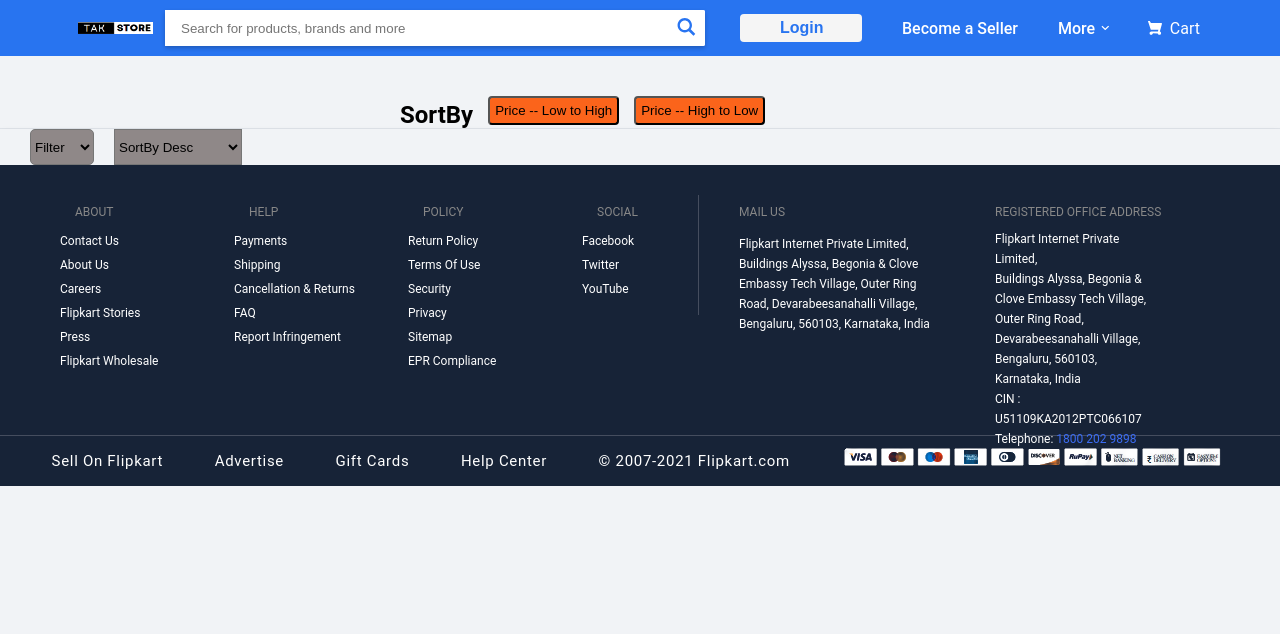
Repository: MSaifKhan01/TAK-Store
Page: PROJECT_Front/fashion.html
An editor plug-in stored every save of this project. The page is shown before and after the next save, followed by the edit.
The browser window is 1280 px wide. The pictures show the whole page.
The page's requests for data from a server got no answer.

Above is the page before, as saved 2023-07-22 01:10:51.

### PROJECT_Front/fashion.html
<!DOCTYPE html>
<html lang="en">

<head>
    <meta charset="UTF-8">
    <meta http-equiv="X-UA-Compatible" content="IE=edge">
    <meta name="viewport" content="width=device-width, initial-scale=1.0">
    <title>Document</title>
    <link rel="stylesheet" type="text/css" href="./CSS/fashion.css">
    <style>

    </style>
</head>

<body>
    <header>
        <div class="nav-container">
            <div class="logo">
                <img src="./flipkart images/Tak_logo.png"
                    alt="logo">
            </div>
            <div class="search">
                <div class="search-container">
                    <input id="searcBox" type="text" class="search-box" placeholder="Search for products, brands and more">
                    <button id="searchBtn" class="search-btn">
                        <svg width="20" height="20" viewBox="0 0 17 18" class="" xmlns="http://www.w3.org/2000/svg">
                            <g fill="#2874F1" fill-rule="evenodd">
                                <path class="_34RNph"
                                    d="m11.618 9.897l4.225 4.212c.092.092.101.232.02.313l-1.465 1.46c-.081.081-.221.072-.314-.02l-4.216-4.203">
                                </path>
                                <path class="_34RNph"
                                    d="m6.486 10.901c-2.42 0-4.381-1.956-4.381-4.368 0-2.413 1.961-4.369 4.381-4.369 2.42 0 4.381 1.956 4.381 4.369 0 2.413-1.961 4.368-4.381 4.368m0-10.835c-3.582 0-6.486 2.895-6.486 6.467 0 3.572 2.904 6.467 6.486 6.467 3.582 0 6.486-2.895 6.486-6.467 0-3.572-2.904-6.467-6.486-6.467">
                                </path>
                            </g>
                        </svg>
                    </button>
                </div>
            </div>
            <div class="login">
                <div class="dropdown">
                    <!-- onclick="myFunction()" -->
                    <button  class="dropbtn">Login</button>
                    <div id="myDropdown" class="dropdown-content">
                        <a href="login.html">Login</a>
                        <a href="signup.html">Register</a>
                        <a href="product.html">Admin</a>
                    </div>
                </div>
                <!-- <button>
                    <a style="text-decoration: none;" href="login.html">Login</a>

                </button> -->
            </div>
            <div class="become-seller">
                Become a Seller
            </div>
            <div class="more">
                More
                <svg width="4.7" height="8" viewBox="0 0 16 27" xmlns="http://www.w3.org/2000/svg" class="zZ3yfL">
                    <path d="M16 23.207L6.11 13.161 16 3.093 12.955 0 0 13.161l12.955 13.161z" fill="#fff"
                        class="_2gTTdy"></path>
                </svg>
            </div>
            <div class="cart">
                <svg class="V3C5bO" width="14" height="14" viewBox="0 0 16 16" xmlns="http://www.w3.org/2000/svg">
                    <path class="_1bS9ic"
                        d="M15.32 2.405H4.887C3 2.405 2.46.805 2.46.805L2.257.21C2.208.085 2.083 0 1.946 0H.336C.1 0-.064.24.024.46l.644 1.945L3.11 9.767c.047.137.175.23.32.23h8.418l-.493 1.958H3.768l.002.003c-.017 0-.033-.003-.05-.003-1.06 0-1.92.86-1.92 1.92s.86 1.92 1.92 1.92c.99 0 1.805-.75 1.91-1.712l5.55.076c.12.922.91 1.636 1.867 1.636 1.04 0 1.885-.844 1.885-1.885 0-.866-.584-1.593-1.38-1.814l2.423-8.832c.12-.433-.206-.86-.655-.86"
                        fill="#fff"></path>
                </svg>
                <a href="./addTocart.html" style="text-decoration: none;color: white;"><p>Cart <span id="span"></span></p></a>
            </div>
        </div>
    </header>



    <div class="sort">
        <h2>SortBy</h2>
        <button id="sort1">Price -- Low to High</button>
        <button id="sort2">Price -- High to Low</button>
    </div>
    <div class="main">
        <div class="leftdiv">
            <!-- filter part -->
            <div style="display: flex; margin-left: 30px; gap: 20px;">


                <div>
                    <select name="filter" id="filter">
                        <option value="filter">Filter</option>
                    </select>
                </div>
                <div>
                    <select name="featured" id="featured" data-bs-toggle="tooltip" data-bs-title="Another tooltip">
                        <option value="">SortBy Desc</option>
                        <option value="atoz">A To Z</option>
                        <option value="ztoa">Z To A</option>

                    </select>
                </div>
            </div>
        </div>
        <div class="bestofElctronic_product_item">

        </div>
    </div>



    </div>
    </div>
    <!-- footer -->

    <footer>

        <div class="footer-row">
            <div class="footer-col-1">
                <div class="footer-heading">
                    <p>ABOUT</p>
                </div>
                <div class="footer-list">
                    <a href="#">Contact Us</a>
                    <a href="#">About Us</a>
                    <a href="#">Careers</a>
                    <a href="#">Flipkart Stories</a>
                    <a href="#">Press</a>
                    <a href="#">Flipkart Wholesale</a>
                </div>
            </div>
            <div class="footer-col-2">
                <div class="footer-heading">
                    <p>HELP</p>
                </div>
                <div class="footer-list">
                    <a href="#">Payments</a>
                    <a href="#">Shipping</a>
                    <a href="#">Cancellation & Returns</a>
                    <a href="#">FAQ</a>
                    <a href="#">Report Infringement</a>

                </div>
            </div>
            <div class="footer-col-3">
                <div class="footer-heading">
                    <p>POLICY</p>
                </div>
                <div class="footer-list">
                    <a href="#">Return Policy</a>
                    <a href="#">Terms Of Use</a>
                    <a href="#">Security</a>
                    <a href="#">Privacy</a>
                    <a href="#">Sitemap</a>
                    <a href="#">EPR Compliance</a>
                </div>
            </div>
            <div class="footer-col-4">
                <div class="footer-heading">
                    <p>SOCIAL</p>
                </div>
                <div class="footer-list">
                    <a href="#">Facebook</a>
                    <a href="#">Twitter</a>
                    <a href="#">YouTube</a>

                </div>
            </div>

            <div class="footer-col-5">
                <div class="footer-heading">
                    <p>Mail Us</p>
                </div>
                <div class="footer-list">
                    <p>Flipkart Internet Private Limited,
                        Buildings Alyssa, Begonia &
                        Clove Embassy Tech Village,
                        Outer Ring Road, Devarabeesanahalli Village,
                        Bengaluru, 560103,
                        Karnataka, India</p>

                </div>
            </div>

            <div class="footer-col-6">
                <div class="footer-heading">
                    <p>Registered Office Address</p>
                </div>
                <div class="footer-list-address">
                    <p>Flipkart Internet Private Limited,</p>
                    <p>Buildings Alyssa, Begonia &</p>
                    <p>Clove Embassy Tech Village,</p>
                    <p>Outer Ring Road, Devarabeesanahalli Village,</p>
                    <p>Bengaluru, 560103,</p>
                    <p>Karnataka, India</p>
                    <p>CIN : U51109KA2012PTC066107</p>
                    <p> Telephone:<span> 1800 202 9898</span></p>

                </div>
            </div>
        </div>
        <div class="footer-row2">
            <div class="footer-row2-col">
                <p> <i class="fas fa-shopping-bag"></i>Sell On Flipkart</p>
            </div>
            <div class="footer-row2-col">
                <p><i class="fas fa-star"></i>Advertise</p>
            </div>
            <div class="footer-row2-col">
                <p><i class="fas fa-gift"></i>Gift Cards</p>
            </div>
            <div class="footer-row2-col">
                <p><i class="fas fa-question-circle"></i>Help Center</p>
            </div>
            <div class="footer-row2-col">
                <p>© 2007-2021 Flipkart.com</p>
            </div>
            <div class="footer-row2-col">
                <img src="./flipkart images/payment.png" alt="payments">
            </div>
        </div>
    </footer>
</body>

<script>
//     let bestofElctronic_product_itemEl = document.querySelector(".bestofElctronic_product_item")
//     let CartArr = JSON.parse(localStorage.getItem("length")) || [];

//     span.innerText=CartArr

//     fetch("http://localhost:8000/fashion", {
//         method: "GET",
//         headers: {
//             //   authorization: `${sessionStorage.getItem("token")}`,

//             "content-type": "application/json",
//         },
//     })
//         .then((res) => {
//             return res.json();
//         })
//         .then((data) => {

//             display(data);
//             searchbar(data)
//             console.log(data);
//             // display(sorted1)
//         });


//         let sort1=document.getElementById("sort1")
//         sort1.addEventListener("click",()=>{
//             sorting1()
//         })
//         function sorting1(){

//             fetch("http://localhost:8000/fashion/sort1", {
//         method: "GET",
//         headers: {
//             //   authorization: `${sessionStorage.getItem("token")}`,
//             "content-type": "application/json",
//         },
//     })
//         .then((res) => {
//             return res.json();
//         })
//         .then((data) => {
//             console.log(data);
//             display(data);
//             // display(sorted1)
//         });
//         }

//         let sort2=document.getElementById("sort2")
//         sort2.addEventListener("click",()=>{
//             sorting2()
//         })
//         function sorting2(){

//             fetch("http://localhost:8000/fashion/sort2", {
//         method: "GET",
//         headers: {
//             //   authorization: `${sessionStorage.getItem("token")}`,
//             "content-type": "application/json",
//         },
//     })
//         .then((res) => {
//             return res.json();
//         })
//         .then((data) => {
//             console.log(data);
//             display(data);
//             // display(sorted1)
//         });
//         }

//         let featured=document.getElementById("featured")
//         function sorting3(){

//            fetch("http://localhost:8000/fashion/sort3", {
//        method: "GET",
//        headers: {
//            //   authorization: `${sessionStorage.getItem("token")}`,
//            "content-type": "application/json",
//        },
//    })
//        .then((res) => {
//            return res.json();
//        })
//        .then((data) => {
//            console.log(data);
//            display(data);

//        });
//        }
//         function sorting4(){

//            fetch("http://localhost:8000/fashion/sort4", {
//        method: "GET",
//        headers: {
//            //   authorization: `${sessionStorage.getItem("token")}`,
//            "content-type": "application/json",
//        },
//    })
//        .then((res) => {
//            return res.json();
//        })
//        .then((data) => {
//            console.log(data);
//            display(data);

//        });
//        }
//   featured.addEventListener("change",()=>{

//     if(featured.value=="atoz"){
//         sorting3()

//     }else if(featured.value=="ztoa"){
//         sorting4()

//     }

//   })

//   function searchbar(data){
//     let search = document.getElementById("searcBox");
//     search.addEventListener("input", (e) => {
//       e.preventDefault();
//       const value = e.target.value;

//       let newArr = data.filter(element => {

//         return element.size.toLowerCase().includes(value) || element.description.toLowerCase().includes(value);

//       })
//       console.log(data)
//       display(newArr)

//     })

// }



//     function display(data) {

//         bestofElctronic_product_itemEl.innerHTML = null
//         data.forEach(el => {
//             let card = document.createElement("div")
//             card.classList.add("card")
//             let link1 = document.createElement("a")
//             link1.classList.add("BestofElectronic_item")
//             link1.link = el.link
//             let div1 = document.createElement("div")
//             div1.classList.add("bestOfElectornic_image_Product")
//             let img = document.createElement("img")
//             img.src = el.image
//             let div2 = document.createElement("div")
//             div2.classList.add("bestofElectronicmoreOption")

//             let p = document.createElement("p")
//             p.classList.add("bestofElectornicProduct_name")
//             p.innerText = el.description
//             let p2 = document.createElement("p")
//             p2.classList.add("bestofElecronic_discount")
//             p2.innerText = `₹${el.new_price}`
//             let p3 = document.createElement("p")
//             p3.classList.add("bestofElectronic_brand")
//             p3.innerText = el.hidden_stars

//             p3.style.color = 'red'
//             let p4 = document.createElement("p")
//             p4.innerText=el.quantity
//             let div3 = document.createElement("div")
//             div3.classList.add("btndiv")
//             let btn1 = document.createElement("button")
//             btn1.innerText = "Show Details"
//             let btn2 = document.createElement("button")
//             btn2.innerText = "Add to Cart"

//             div1.append(img)
//             div3.append(btn1, btn2)
//             div2.append(p, p2, p3, div3)
//             link1.append(div1, div2)
//             card.append(link1)

//             bestofElctronic_product_itemEl.append(card)


//             btn2.addEventListener("click", () => {
//         // if (checkDuplicate(data)) {
//         //   alert("Product Already in Cart")
//         // } else {
//         //   CartArr.push(el);
//         //   localStorage.setItem("cart", JSON.stringify(CartArr));
//         //   alert("Product Added To Cart")
//         //   window.location.href = "./addTocart.html"
//         // }
// // console.log(el)
// let token=sessionStorage.getItem("token")

//         if(token){
//             fetch(`http://localhost:8000/cart/Fashion/${el._id}`,{

// method:"POST",
// headers:{
//     "Content-Type":"application/json",
//     "Authorization":`${sessionStorage.getItem("token")}`
// }
// // body:JSON.stringify(el)
// })
// .then((res)=>{
// return res.json()
// })
// .then((data)=>{
// // console.log(data)

// if(data.ok){
// alert(data.msg)
// }
// else{
// alert(data.msg)
// }
// // data.push({...el,qty:1})
// // alert("Product added to cart")
// console.log(data)
// })
// .catch((err)=>{
// console.log(err)
// })
//         }else{
//             alert("You need to login")
//         }

//       })




//         })


//     }





// //     function checkDuplicate(data) {
// //     for (let i = 0; i < CartArr.length; i++) {

// //       if (CartArr[i]._id === data._id) {
// //         return true;

// //       }
// //     }
// //     return false;
// //   }


</script>

</html>

<script src="./JS/fashion.js"></script>

### PROJECT_Front/CSS/fashion.css
* {
    margin: 0;
    padding: 0;
    box-sizing: border-box;
}

body {
    font-family: 'Roboto', sans-serif;
    background-color: #f1f3f6;
    width: 100%;
}

:root {
    --primary-color: #2874f0;
}

.container {
    padding: 0 8px;
}

/* <---navbar1 ---> start*/

header {
    background-color: var(--primary-color);
    height: 56px;
    position: sticky;
    margin-top: 0px;
}

header .nav-container {
    display: flex;
    /* justify-content: space-between; */
    align-items: center;
    height: 100%;
    max-width: 1248px;
    margin: 0 auto;
}

header .nav-container .logo {
    display: flex;
    min-width: 137px;
    justify-content: flex-end;
}

header .nav-container .logo img {
    width: 75px;
}

header .search {
    height: 100%;
    display: flex;
    align-items: center;
    margin-left: 12px;
}

@media only screen and (max-width: 700px) {
    header .search {
        display: none;
    }

    header {
        background-color: var(--primary-color);
        height: 56px;
        width: 100%;
        position: sticky;
        margin-top: 0px;
    }

    .bestofElctronic_product_item {

        display: grid;
        width: 80%;
        gap: 15px;
        grid-template-columns: repeat(2, 1fr);
        overflow: hidden;
    }

    .leftdiv {
        /* width: 20%; */
        display: none;
    }
    footer {
    background-color: #172337;
    height: 332;
    width: 100%;
}
.footer-row2-col img{
    display: none;
}
}

header .search .search-container {
    width: 540px;
    height: 36px;
    background-color: white;
    border-radius: 2px;
    box-shadow: 0 2px 4px 0 rgb(0 0 0 / 23%);
    display: flex;
}

header .search .search-container input {
    width: calc(100% - 32px);
    padding: 16px;
    outline: none;
    border: none;
}

header .search .search-container button {
    width: 36px;
    height: 100%;
    padding: 0 8px;
    display: flex;
    justify-content: center;
    align-items: center;
    border: none;
    background-color: white;
    border-radius: 0 2px 2px 0;
    cursor: pointer;
}

.main>ul>li>a {
    color: #140d29;
    font-weight: 800;
    text-decoration: none;
    font-size: 14px;

}

.megamenu {
    background-color: white;

    position: absolute;
    top: 100%;
    left: 0px;
    width: 100%;
    display: flex;
    opacity: 0;
    visibility: hidden;
    box-shadow: rgba(100, 100, 111, 0.2) 0px 7px 29px 0px;

}


.dropbtn {
    background-color: whitesmoke;
    color: white;
    padding: 16px;
    font-size: 16px;
    border: none;
    cursor: pointer;
}

.dropbtn:hover,
.dropbtn:focus {
    background-color: #2980B9;
}

.dropdown {
    position: relative;
    display: inline-block;
}

.dropdown-content {
    display: none;
    position: absolute;
    background-color: #f1f1f1;
    min-width: 160px;
    overflow: auto;
    box-shadow: 0px 8px 16px 0px rgba(0, 0, 0, 0.2);
    z-index: 1;
}

.dropdown-content a {
    color: black;
    padding: 12px 16px;
    text-decoration: none;
    display: block;
}

.dropdown a:hover {
    background-color: #ddd;
}

.show {
    display: block;
}

header .login {
    height: 100%;
    display: flex;
    align-items: center;
    margin: 0 20px;
}

header .login button {
    width: 122px;
    padding: 5px 40px;
    font-size: 16px;
    font-weight: 600;
    color: var(--primary-color);
}

header .become-seller {
    height: 100%;
    display: flex;
    align-items: center;
    margin: 0 20px;
    color: white;
    font-size: 16px;
    font-weight: 500;
}

header .more {
    height: 100%;
    display: flex;
    align-items: center;
    margin: 0 20px;
    color: white;
    font-size: 16px;
    font-weight: 500;
}

header .more svg {
    margin-left: 8px;
    rotate: -90deg;
}

header .cart {
    height: 100%;
    display: flex;
    /* position: relative; */
    align-items: center;
    margin: 0 20px;
    color: white;
}

header .cart svg {
    margin-right: 8px;
}

/* <---navbar1 ---> end*/

.BestofElectronic_item {
    background-color: white;
    min-width: 210px;
    max-width: 210px;
    height: 310px;
    position: relative;
    display: flex;

    align-items: center;
    flex-direction: column;
}



.bestOfElectornic_image_Product img {
    width: 90%;
    margin-top: 13px;
    max-height: 210px;
    display: flex;
    justify-content: center;
    align-items: center;

}

.bestofElectornicProduct_name {
    font-size: 15px;
    padding: 5px;
    letter-spacing: 0.5px;
}

.bestofElecronic_discount {
    color: #388e3c;
}

.bestofElectronic_brand {
    color: rgb(143, 136, 136);
}
#featured{
width: 10vw;
height: 5vh;
background-color: rgb(143, 136, 136);
}
#filter{
width: 5vw;
border-radius: 5px;
height: 5vh;
background-color: rgb(143, 136, 136);
}
.main {
    display: flex;
    box-shadow: rgba(9, 30, 66, 0.25) 0px 4px 8px -2px, rgba(9, 30, 66, 0.08) 0px 0px 0px 1px;
}

.leftdiv {
    width: 20%;
}

.bestofElctronic_product_item {

    display: grid;
    width: 80%;
    gap: 15px;
    grid-template-columns: repeat(4, 1fr);
    overflow: hidden;
}

.bestofElectronic_brand {
    font-size: 12px;
    padding-top: 7px;
}

.bestofElectornicProduct_name {
    color: #000;
}

.card {
    /* box-sizing: border-box; */
    margin-top: 50px;
    height: 55vh;
    box-shadow: rgba(0, 0, 0, 0.35) 0px 5px 15px;
}

div>button {
    background-color: #fb641b;
    border-radius: 5px;
    margin-left: 15px;
    border-radius: 4px;
    height: 4vh;
    padding: 5px;


}

div>p {
    margin-left: 15px;
}

.sort {
    display: flex;
    margin: 40px 0px 0px 400px;

}

.sort h2 {
    margin-top: 5px;
    color: #000;
}

/* .sort button{


} */

/* <!-- footer --> */
footer {
    background-color: #172337;
    height: 332;
}

.footer-row {
    width: 100%;
    height: 270px;
    display: flex;
    padding: 30px 60px;
}

.footer-row2 {
    display: flex;
    border-top: 1px solid #454d5e;
    justify-content: space-evenly;
}

.footer-col-1 {
    width: 15%;
}

.footer-col-2 {
    width: 15%;
}

.footer-col-3 {
    width: 15%;
}

.footer-col-4 {
    width: 10%;
}

.footer-col-5 {
    width: 20%;
    border-left: 1px solid #454d5e;
    height: 120px;
    padding-left: 25px;
}

.footer-col-6 {
    width: 20%;
    padding-left: 50px;
}

.footer-heading p {
    color: #878787;
    font-size: 12px;
    font-weight: 400;
    text-align: left;
    padding: 10px 0px;
    cursor: pointer;
    text-transform: uppercase;
}

.footer-list a {
    text-align: left;
    display: block;
    text-decoration: none;
    text-transform: capitalize;
    color: white;
    font-size: 12px;
    font-weight: 400;
    padding: 5px 0px;
}

.footer-list a:hover {
    text-decoration: underline;
}

.footer-list p {
    text-align: left;
    display: block;
    color: white;
    font-size: 12px;
    font-weight: 100px;
    padding: 5px 0px;
    line-height: 20px;
    cursor: pointer;
}

.footer-list-address p {
    text-align: left;
    display: block;
    color: white;
    font-size: 12px;
    font-weight: 100px;
    line-height: 20px;
    cursor: pointer;
}

.footer-list-address span {
    color: rgb(60, 109, 245);
    cursor: pointer;
}

.footer-row2-col p {
    color: white;
    font-size: 15px;
    font-weight: 100px;
    line-height: 20px;
    cursor: pointer;
    text-align: center;
    line-height: 50px;
    letter-spacing: .7px;
}

Loaded but not shown: PROJECT_Front/JS/fashion.js (255 lines, source omitted)

After the next save:
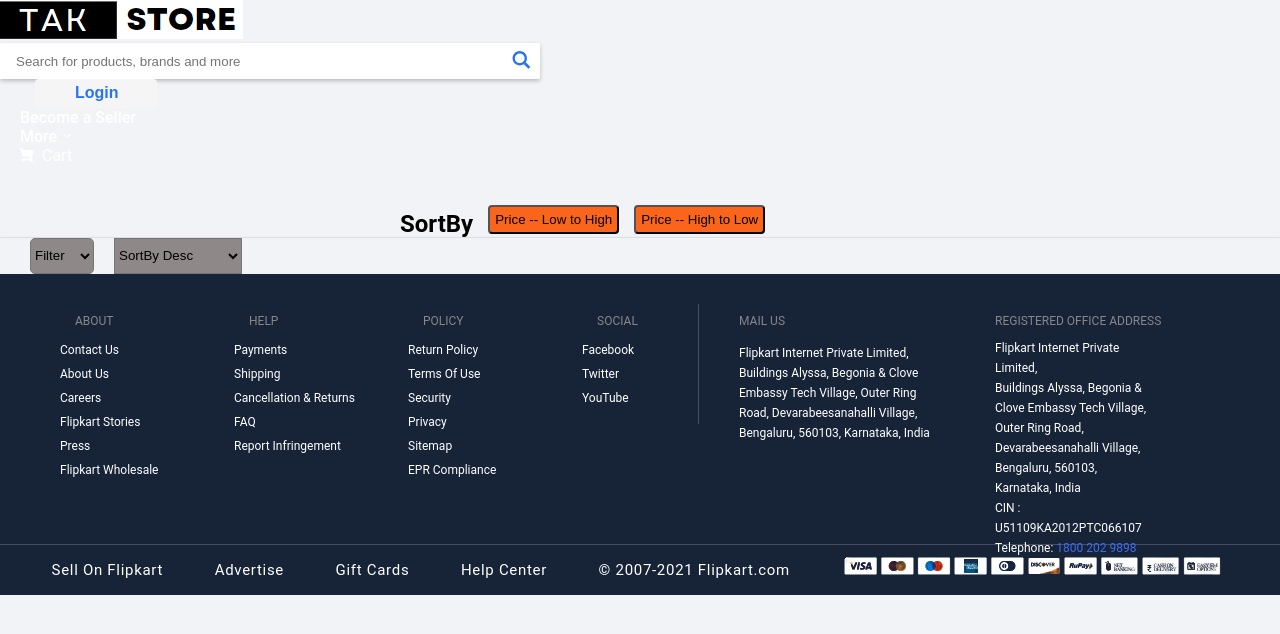
Saved 4 min 17 s later.
--- a/PROJECT_Front/CSS/fashion.css
+++ b/PROJECT_Front/CSS/fashion.css
@@ -19,7 +19,7 @@
 }
 
 /* <---navbar1 ---> start*/
-
+/*
 header {
     background-color: var(--primary-color);
     height: 56px;
@@ -30,13 +30,13 @@
 header .nav-container {
     display: flex;
     /* justify-content: space-between; */
-    align-items: center;
+    /* align-items: center;
     height: 100%;
     max-width: 1248px;
     margin: 0 auto;
-}
-
-header .nav-container .logo {
+} */
+
+/* header .nav-container .logo {
     display: flex;
     min-width: 137px;
     justify-content: flex-end;
@@ -51,7 +51,7 @@
     display: flex;
     align-items: center;
     margin-left: 12px;
-}
+} */
 
 @media only screen and (max-width: 700px) {
     header .search {
